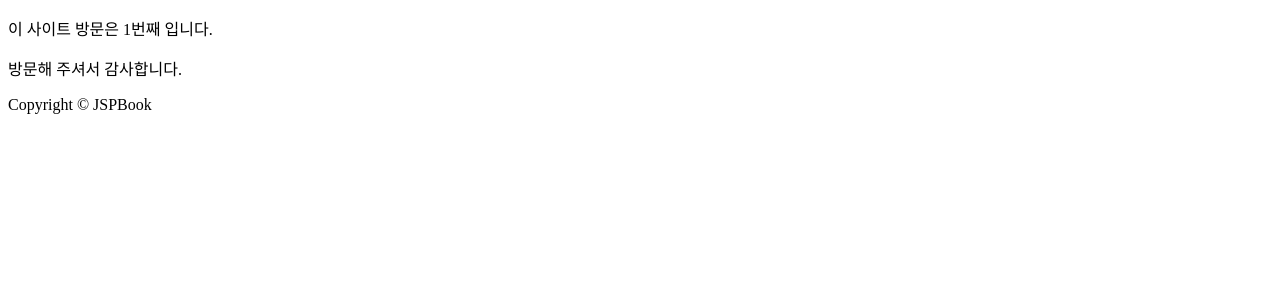
Repository: zhyuk/FullStackStudy
Page: http://localhost/jspfirst/07_include02.jsp
The author's editor kept a copy of each file at every save. The page is drawn from the files as they stood at one save, then again after the next save.
The browser window is 1280 px wide. The pictures show the whole page.
The page is served by Tomcat 9.

Above is the page before, as saved 2024-08-26 07:09:07.

After the next save:
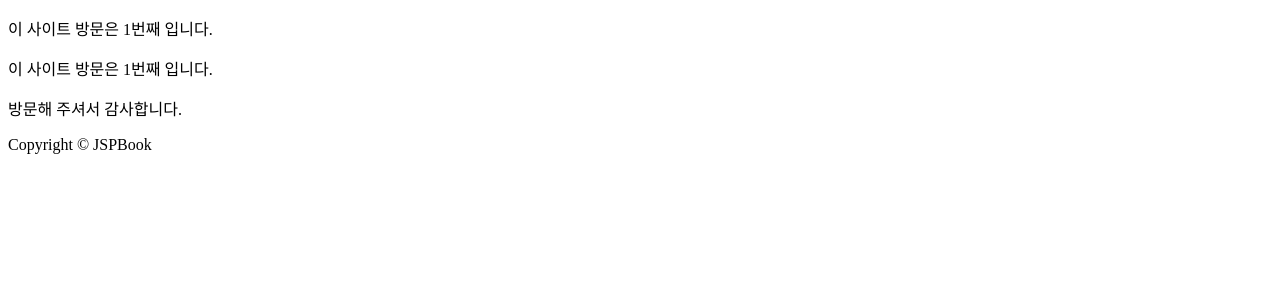
Saved 18 s later.
--- a/jsp/jspwork/jspfirst/src/main/webapp/07_include02.jsp
+++ b/jsp/jspwork/jspfirst/src/main/webapp/07_include02.jsp
@@ -1,5 +1,5 @@
 <%@ page language="java" contentType="text/html; charset=UTF-8"
-    pageEncoding="UTF-8"%>
+	pageEncoding="UTF-8"%>
 <!DOCTYPE html>
 <html>
 <head>
@@ -8,9 +8,13 @@
 </head>
 <body>
 	<%-- 07_include02_header.jsp 파일의 코드를 가져와서 해당 위치에 붙여넣기한 후 컴파일 --%>
-	<%@ include file="07_include02_header.jsp" %>
+	<%@ include file="07_include02_header.jsp"%>
+	<p>
+		이 사이트 방문은
+		<%=pageCount%>번째 입니다.
+	</p>
 	<p>방문해 주셔서 감사합니다.</p>
 	<%-- 07_include02_footer.jsp 파일의 코드를 가져와서 해당 위치에 붙여넣기한 후 컴파일 --%>
-	<%@ include file="07_include02_footer.jsp" %>
+	<%@ include file="07_include02_footer.jsp"%>
 </body>
 </html>
